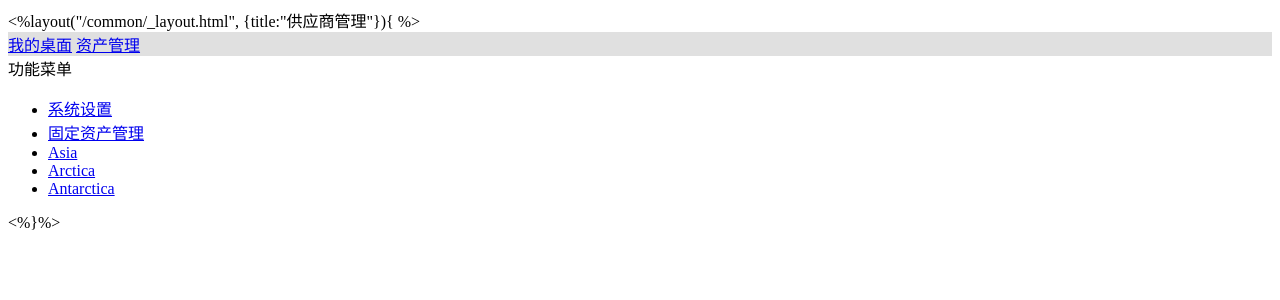
Repository: GaoChengliang/summerTask
Page: Campus_gcl/WebRoot/asset_management/supplier/supplier.html
An editor plug-in stored every save of this project. The page is shown before and after the next save, followed by the edit.
The browser window is 1280 px wide. The pictures show the whole page.

Above is the page before, as saved 2015-08-14 12:17:59.
Console error: ReferenceError: jQuery is not defined

### Campus_gcl/WebRoot/asset_management/supplier/supplier.html
<%layout("/common/_layout.html", {title:"供应商管理"}){ %>
<nav class="navbar navbar-default sub-header">
      <div class="container-fluid" style="background:#E0E0E0;">
        <div class="navbar-header">
          <a class="btn" href="/index">我的桌面</a>
          <a class="btn btn-info" href="#">资产管理</a>
        </div>
      </div>
    </nav>
<div class="container-fluid">
	<div class="row">
        <div id="sidebar" class="col-md-2 sidebar-2">
      	  <div class="nav nac-sidebar font-style-background-blue">
      	  	  功能菜单
      	  </div>

      	  <div class="mtree-demo">
      	  <ul class="mtree bubba" style="opacity: 1;">
			  <li class="mtree-node" style="opacity: 1; transform: translateY(0px);">
			  	<a href="#" >系统设置</a>
			    <ul class="mtree-level-1" style="overflow: hidden; height: 0px; display: none;">
			      <li style="opacity: 1; transform: translateY(0px);"><a href="#">供应商管理</a></li>
			    </ul>
			  </li>
			      <li class="mtree-node mtree-closed" style="opacity: 1; transform: translateY(0px);">
			       <a href="#" style="cursor: pointer;">固定资产管理</a>
			        <ul class="mtree-level-2" style="overflow: hidden; height: 0px; display: none;">
			          <li><a href="#">Brazil</a></li>
			          <li><a href="#">Argentina</a></li>
			          <li><a href="#">Uruguay</a></li>
			          <li><a href="#">Chile</a></li>
			        </ul>
			      </li>
			  <li class="mtree-node mtree-closed" style="opacity: 1; transform: translateY(0px);"><a href="#" style="cursor: pointer;">Asia</a>
			    <ul class="mtree-level-1" style="overflow: hidden; height: 0px; display: none;">
			      <li style="opacity: 1; transform: translateY(0px);"><a href="#">China</a></li>
			      <li style="opacity: 1; transform: translateY(0px);"><a href="#">India</a></li>
			      <li style="opacity: 1; transform: translateY(0px);"><a href="#">Malaysia</a></li>
			      <li style="opacity: 1; transform: translateY(0px);"><a href="#">Thailand</a></li>
			      <li style="opacity: 1; transform: translateY(0px);"><a href="#">Vietnam</a></li>
			      <li style="opacity: 1; transform: translateY(0px);"><a href="#">Singapore</a></li>
			      <li style="opacity: 1; transform: translateY(0px);"><a href="#">Indonesia</a></li>
			      <li style="opacity: 1; transform: translateY(0px);"><a href="#">Mongolia</a></li>
			   </ul>
			  </li>
			  <li style="opacity: 1; transform: translateY(0px);"><a href="#">Arctica</a></li>
			  <li style="opacity: 1; transform: translateY(0px);"><a href="#">Antarctica</a></li>
			</ul></div>


        </div>
        <div class="col-md-10 col-md-offset-2">
        	<div class="body-main">

			</div>
		</div>
        </div>
     </div>
     <script src="/js/sider/sider.js"></script>
<%}%>

### Campus_gcl/WebRoot/js/sider/sider.js
(function ($, window, document, undefined) {
	    if ($('ul.mtree').length) {
	        var collapsed = true;
	        var close_same_level = false;
	        var duration = 400;
	        var listAnim = true;
	        var easing = 'easeOutQuart';
	        $('.mtree ul').css({
	            'overflow': 'hidden',
	            'height': collapsed ? 0 : 'auto',
	            'display': collapsed ? 'none' : 'block'
	        });
	        var node = $('.mtree li:has(ul)');
	        node.each(function (index, val) {
	            $(this).children(':first-child').css('cursor', 'pointer');
	            $(this).addClass('mtree-node mtree-' + (collapsed ? 'closed' : 'open'));
	            $(this).children('ul').addClass('mtree-level-' + ($(this).parentsUntil($('ul.mtree'), 'ul').length + 1));
	        });
	        $('.mtree li > *:first-child').on('click.mtree-active', function (e) {
	            if ($(this).parent().hasClass('mtree-closed')) {
	                $('.mtree-active').not($(this).parent()).removeClass('mtree-active');
	                $(this).parent().addClass('mtree-active');
	            } else if ($(this).parent().hasClass('mtree-open')) {
	                $(this).parent().removeClass('mtree-active');
	            } else {
	                $('.mtree-active').not($(this).parent()).removeClass('mtree-active');
	                $(this).parent().toggleClass('mtree-active');
	            }
	        });
	        node.children(':first-child').on('click.mtree', function (e) {
	            var el = $(this).parent().children('ul').first();
	            var isOpen = $(this).parent().hasClass('mtree-open');
	            if ((close_same_level || $('.csl').hasClass('active')) && !isOpen) {
	                var close_items = $(this).closest('ul').children('.mtree-open').not($(this).parent()).children('ul');
	                if ($.Velocity) {
	                    close_items.velocity({ height: 0 }, {
	                        duration: duration,
	                        easing: easing,
	                        display: 'none',
	                        delay: 100,
	                        complete: function () {
	                            setNodeClass($(this).parent(), true);
	                        }
	                    });
	                } else {
	                    close_items.delay(100).slideToggle(duration, function () {
	                        setNodeClass($(this).parent(), true);
	                    });
	                }
	            }
	            el.css({ 'height': 'auto' });
	            if (!isOpen && $.Velocity && listAnim)
	                el.find(' > li, li.mtree-open > ul > li').css({ 'opacity': 0 }).velocity('stop').velocity('list');
	            if ($.Velocity) {
	                el.velocity('stop').velocity({
	                    height: isOpen ? [
	                        0,
	                        el.outerHeight()
	                    ] : [
	                        el.outerHeight(),
	                        0
	                    ]
	                }, {
	                    queue: false,
	                    duration: duration,
	                    easing: easing,
	                    display: isOpen ? 'none' : 'block',
	                    begin: setNodeClass($(this).parent(), isOpen),
	                    complete: function () {
	                        if (!isOpen)
	                            $(this).css('height', 'auto');
	                    }
	                });
	            } else {
	                setNodeClass($(this).parent(), isOpen);
	                el.slideToggle(duration);
	            }
	            e.preventDefault();
	        });
	        function setNodeClass(el, isOpen) {
	            if (isOpen) {
	                el.removeClass('mtree-open').addClass('mtree-closed');
	            } else {
	                el.removeClass('mtree-closed').addClass('mtree-open');
	            }
	        }
	        if ($.Velocity && listAnim) {
	            $.Velocity.Sequences.list = function (element, options, index, size) {
	                $.Velocity.animate(element, {
	                    opacity: [
	                        1,
	                        0
	                    ],
	                    translateY: [
	                        0,
	                        -(index + 1)
	                    ]
	                }, {
	                    delay: index * (duration / size / 2),
	                    duration: duration,
	                    easing: easing
	                });
	            };
	        }
	        if ($('.mtree').css('opacity') == 0) {
	            if ($.Velocity) {
	                $('.mtree').css('opacity', 1).children().css('opacity', 0).velocity('list');
	            } else {
	                $('.mtree').show(200);
	            }
	        }
	    }
	}(jQuery, this, this.document));

After the next save:
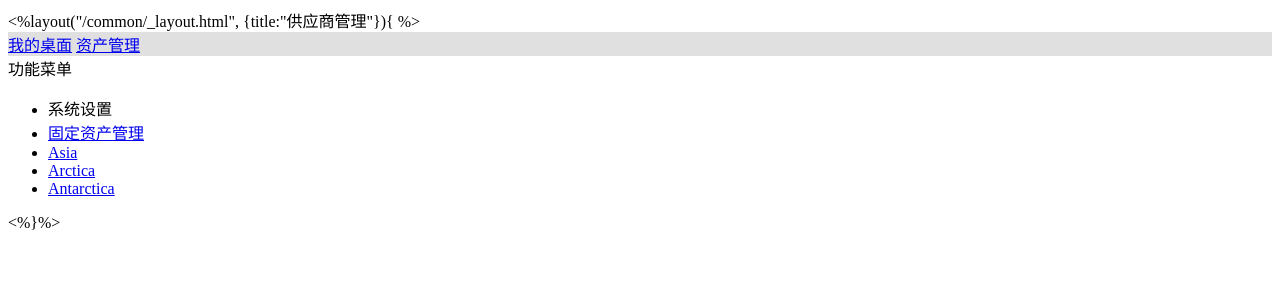
Saved 89 s later.
--- a/Campus_gcl/WebRoot/asset_management/supplier/supplier.html
+++ b/Campus_gcl/WebRoot/asset_management/supplier/supplier.html
@@ -17,7 +17,7 @@
       	  <div class="mtree-demo">
       	  <ul class="mtree bubba" style="opacity: 1;">
 			  <li class="mtree-node" style="opacity: 1; transform: translateY(0px);">
-			  	<a href="#" >系统设置</a>
+			  	<div>系统设置</div>
 			    <ul class="mtree-level-1" style="overflow: hidden; height: 0px; display: none;">
 			      <li style="opacity: 1; transform: translateY(0px);"><a href="#">供应商管理</a></li>
 			    </ul>

After the save that followed:
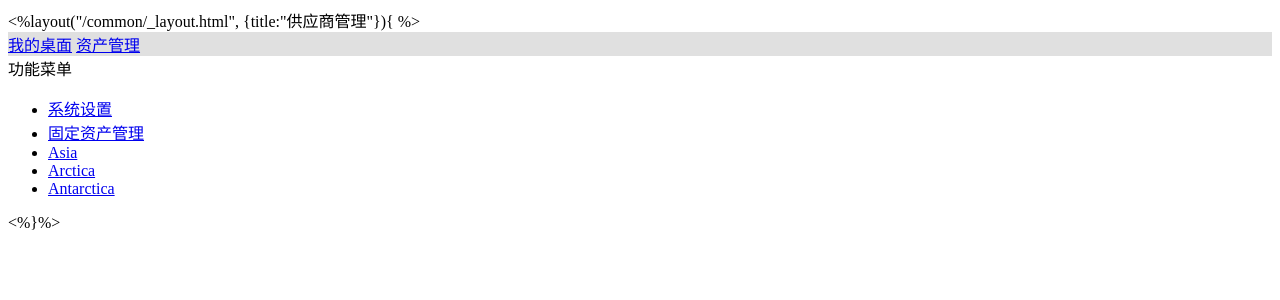
Saved 14 s later.
--- a/Campus_gcl/WebRoot/asset_management/supplier/supplier.html
+++ b/Campus_gcl/WebRoot/asset_management/supplier/supplier.html
@@ -17,7 +17,7 @@
       	  <div class="mtree-demo">
       	  <ul class="mtree bubba" style="opacity: 1;">
 			  <li class="mtree-node" style="opacity: 1; transform: translateY(0px);">
-			  	<div>系统设置</div>
+			  	<a href="#" >系统设置</a>
 			    <ul class="mtree-level-1" style="overflow: hidden; height: 0px; display: none;">
 			      <li style="opacity: 1; transform: translateY(0px);"><a href="#">供应商管理</a></li>
 			    </ul>
